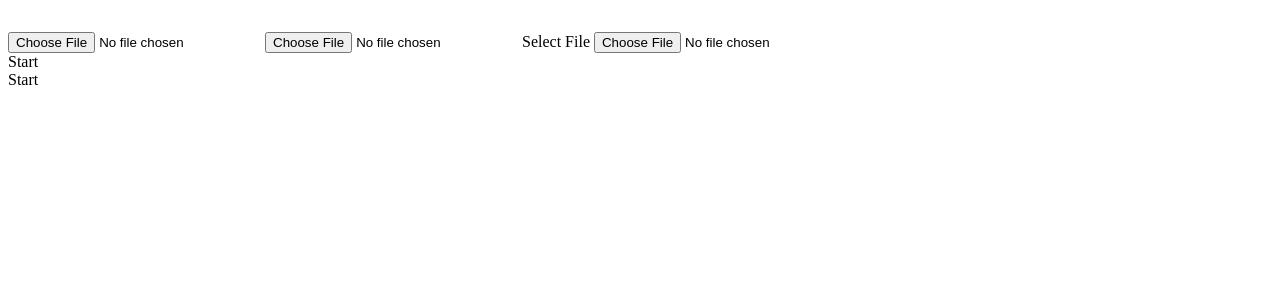
Repository: Hexya/Kaleidoscope
Page: app/index.html
These files come from the project's save history. The page is drawn as it stood at one moment and after the next save; the edit follows.
The browser window is 1280 px wide. The pictures show the whole page.

Above is the page before, as saved 2021-05-18 15:40:30.

### app/index.html
<html>
    <head>
        <title>Three Sound Exp</title>
    </head>
    <body>
        <div id="main">
            <div class="warning">
                <img src="data:[embedded picture, 3831 characters]" />
            </div>
        </div>
        <div class="home-container">
            <input type="file" class="img">
            <input type="file" class="img2">
            <label for="file" class="label-file">Select File</label>
            <input type="file" name="file" id="file" accept="image/*" class="input-file" />
            <div class="ready-anim">Start</div>
            <div class="load-btn"></div>
            <div class="start-btn">Start</div>
        </div>
    </body>
</html>

After the next save:
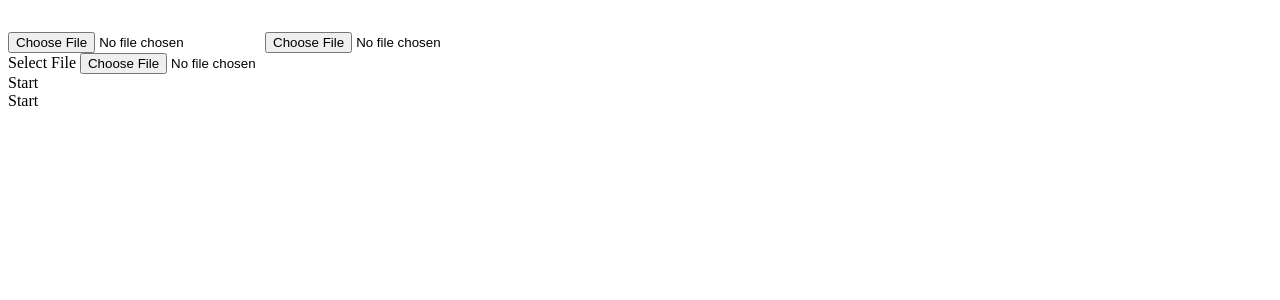
Saved 31 s later.
--- a/app/index.html
+++ b/app/index.html
@@ -11,8 +11,10 @@
         <div class="home-container">
             <input type="file" class="img">
             <input type="file" class="img2">
-            <label for="file" class="label-file">Select File</label>
-            <input type="file" name="file" id="file" accept="image/*" class="input-file" />
+            <div class="file-cont">
+                <label for="file" class="label-file">Select File</label>
+                <input type="file" name="file" id="file" accept="image/*" class="input-file" />
+            </div>
             <div class="ready-anim">Start</div>
             <div class="load-btn"></div>
             <div class="start-btn">Start</div>
